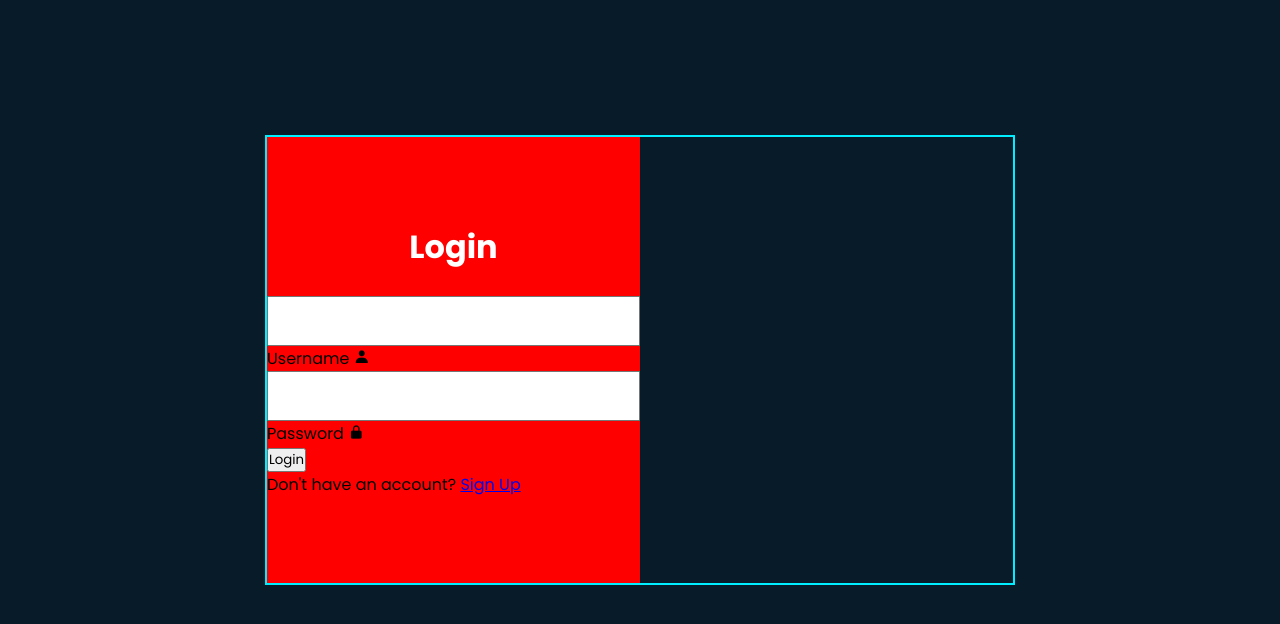
Repository: swastikjhacoder/Login-Registration-HTML
Page: index.html
These files come from the project's save history. The page is drawn as it stood at one moment and after a run of saves; the edit follows.
The browser window is 1280 px wide. The pictures show the whole page.

Above is the page before, as saved 2023-09-18 14:30:20.
Not found: js/toastify.js

After the next 2 saves:
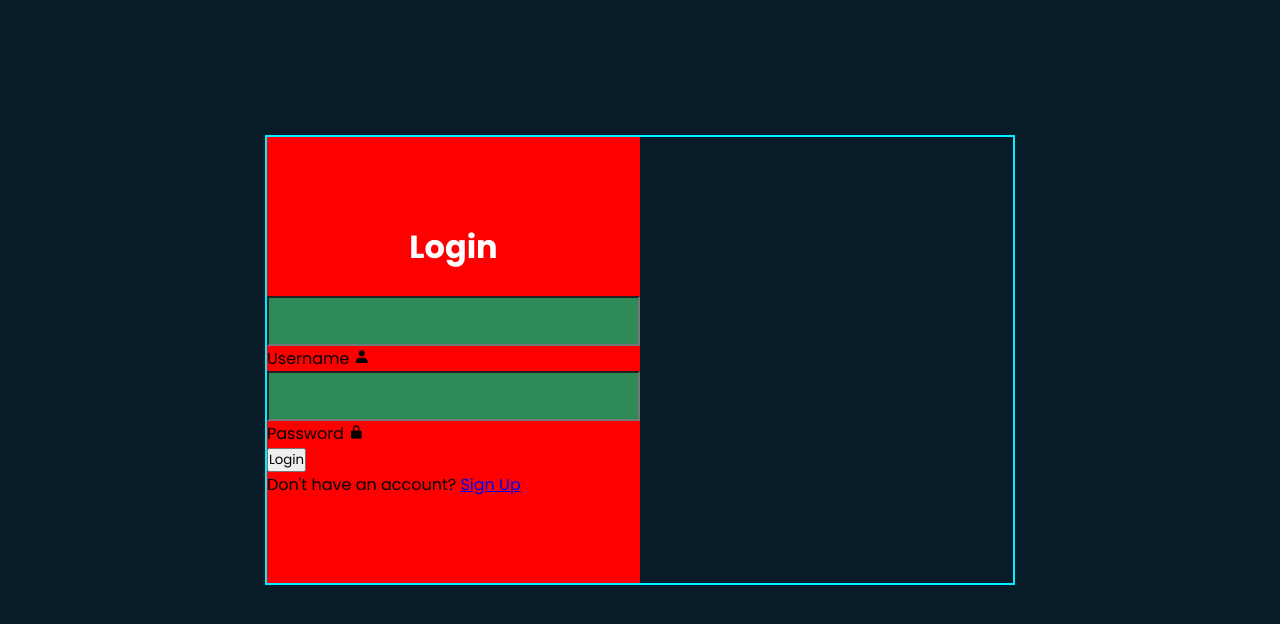
The 2 saves are shown as one change because they came seconds apart.
The last was saved 5 s later.
--- a/style.css
+++ b/style.css
@@ -51,5 +51,5 @@ body {
 .input-box input {
     width: 100%;
     height: 100%;
-    background
+    background: transparent;
 }
